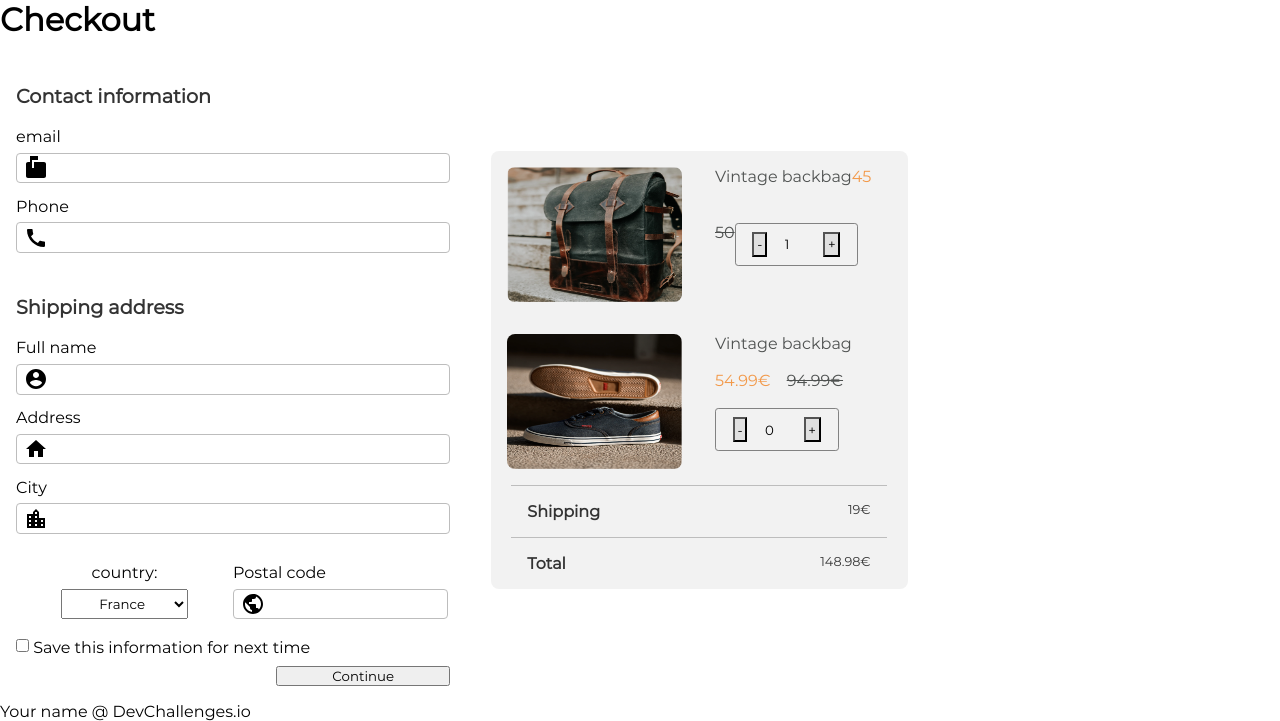
Repository: dubar-jeremy/checkout-page-master
Page: index.html
An editor plug-in stored every save of this project. The page is shown before and after the next save, followed by the edit.
The browser window is 1280 px wide. The pictures show the whole page.
The style sheet was rebuilt from its Sass, Less or Tailwind sources for each picture, by a compiler version that may differ from the author's.

Above is the page before, as saved 2021-02-06 00:11:02.

### index.html
<!doctype html>
<html lang="fr">
<head>
  <meta charset="UTF-8">
  <meta name="viewport"
        content="width=device-width, user-scalable=no, initial-scale=1.0, maximum-scale=1.0, minimum-scale=1.0">
  <meta http-equiv="X-UA-Compatible" content="ie=edge">
  <link rel="stylesheet" href="style/style.css">
  <link href="https://fonts.googleapis.com/icon?family=Material+Icons"
        rel="stylesheet">
  <title>Document</title>
  <script src="js/form.js" type="text/javascript"></script>
</head>
<body>

<main>
  <h1>Checkout</h1>
  <div class="grid-container">
    <form>
      <h2>Contact information</h2>
      <div>
      <label for="email">email</label>
      <input class="email" type="email" name="email" id="email">
      <span class="invalid valid" id="email">E-mail invalide</span>
      </div>

      <div>
      <label for="tel">Phone</label>
      <input class="tel" type="tel" name="tel" id="tel">
      <span class="invalid">Numéro inccorect</span>
      </div>

      <h2>Shipping address</h2>

      <div>
      <label for="name">Full name</label>
      <input class="name" type="text" name="name" id="name">
      <span class="invalid">Champ obligatoire</span>
      </div>

      <div>
      <label for="address">Address</label>
      <input class="address" type="text" name="address" id="address">
      <span class="invalid">Champ obligatoire</span>
      </div>

      <div>
      <label for="city">City</label>
      <input class="city" type="text" name="city" id="city">
      <span class="invalid">Champ obligatoire</span>
      </div>


      <div class="form-btn">
        <div class="select-country">
          <label for="country">country:</label>
          <select id="country">
            <option value="france">France</option>
            <option value="england">Angleterre</option>
            <option value="spain">Espagne</option>
          </select>
          <span class="invalid">Champ obligatoire</span>
        </div>
        <div class="input-postal-code">
          <label for="postalCode">Postal code</label>
          <input class="postal-code" type="text" name="postalCode" id="postalCode">
          <span class="invalid">Champ obligatoire</span>
        </div>
      </div>

      <div>
        <input type="checkbox">
        <label>Save this information for next time</label>
      </div>
      <button type="submit">Continue</button>
    </form>
    <div class="checkout-container">
      <div class="inner-block">
        <img src="img/photo1.png">
        <div class="details-article">
          <h2>Vintage backbag</h2>
          <span class="new-price">54.99€</span>
          <span class="old-price">94.99€</span>
          <div class="click">
            <button class="nbr-article minus btn">-</button>
            <input type="text" value="0" class="nbr-value quantity">
            <button class="nbr-article plus btn">+</button>
          </div>
        </div>
        <img src="img/photo2.png">
        <div class="details-article">
          <h2>Vintage backbag</h2>
          <span class="new-price">54.99€</span>
          <span class="old-price">94.99€</span>
          <div class="click">
            <button class="nbr-article plus btn">-</button>
            <input type="text" value="0" class="nbr-value">
            <button class="nbr-article minus btn">+</button>
          </div>
        </div>
      </div>
      <div class="price-part">
        <p>Shipping</p>
        <p>19€</p>
      </div>
      <div class="price-part">
        <p>Total</p>
        <p>148.98€</p>
      </div>
      <div>
      </div>
    </div>
</main>
<footer>
  <p>Your name @ DevChallenges.io</p>
</footer>
</body>
</html>

### js/form.js
window.onload = function () {
  const plus = document
    .querySelector(".plus")
    .addEventListener("click", increase);
  const minus = document
    .querySelector(".minus")
    .addEventListener("click", decrease);

  let i = 0;
  let initialPrice = 50;
  let priceAfterDiscount = increase();

  function increase() {
    // price * 10 / 100 = 10% reduce
    i++;

    let items = (document.querySelector(".nbr-value").value = i);
    let qty = parseInt(items);
    let newPrice = initialPrice * qty;
    let priceBeforeDiscount = newPrice;
    document.querySelector(".old-price").innerHTML = priceBeforeDiscount;
    newPrice -= (newPrice * 10) / 100;
    let priceAfterDiscount = newPrice;
    document.querySelector(".new-price").innerHTML = priceAfterDiscount;
    return priceAfterDiscount;
  }

  function decrease() {
    if (i >= 1) {
      i--;
      let items = (document.querySelector(".nbr-value").value = i);
      let qty = parseInt(items);
      let newPrice = initialPrice * qty;
      document.querySelector(".new-price").innerHTML = newPrice;
      let oldPrice = qty * priceAfterDiscount;
      document.querySelector(".old-price").innerHTML = oldPrice;
      console.log(oldPrice);
    }
  }
};

### style/style.scss
/*
Colors, fonts & reset
*/

$main-title: #4e5150;
$sub-title: #333333;
$btn-price: #f2994a;

$form-title: #4f4f4f;
$form-placeholder: #828282;

$background-nbr-article: #e0e0e0;

$background-price: #f2f2f2;

@font-face {
  font-family: "Montserrat";
  src: url("/fonts/Montserrat/Montserrat-Regular.ttf") format("truetype");
}

* {
  margin: 0;
  padding: 0;
  box-sizing: border-box;
  font-family: "Montserrat", sans-serif;
}

/*
  Main area
*/

.grid-container {
  display: grid;
  grid-template-columns: 1fr;
  margin: 1em;
  grid-gap: 2em;
  max-width: 900px;
  align-items: center;
  h1 {
    display: inline;
    grid-row: 1 / 2;
    color: $main-title;
    font-size: 1.5em;
    margin-bottom: 0.8em;
  }
}

form {
  display: flex;
  flex-direction: column;

  h2 {
    color: $sub-title;
    font-size: 1.2em;
    margin-top: 1.5em;
    margin-bottom: 1em;
  }

  input {
    width: 100%;
    margin-bottom: 1em;
    margin-top: 0.5em;
  }

  input[type="checkbox"] {
    width: inherit;
  }

  @mixin iconStyle {
    background-color: transparent;
    background-repeat: no-repeat;
    background-position: 0.5em center;
    padding-left: 2.5em;
    height: 2.3em;
    border: 0.09em solid #bdbdbd;
    border-radius: 0.3em;
  }

  .email {
    @include iconStyle;
    background-image: url("../icons/markunread_mailbox-24px.svg");
  }
  .tel {
    @include iconStyle;
    background-image: url("../icons/call-24px.svg");
  }
  .name {
    @include iconStyle;
    background-image: url("../icons/account_circle-24px.svg");
  }
  .address {
    @include iconStyle;
    background-image: url("../icons/home-24px.svg");
  }
  .city {
    @include iconStyle;
    background-image: url("../icons/location_city-24px.svg");
  }
  .postal-code {
    @include iconStyle;
    width: 99%;
    background-image: url("../icons/public-24px.svg");
  }

  .form-btn {
    width: 100%;
    display: flex;
    justify-content: space-between;
    margin-top: 1em;
    flex-wrap: wrap;
    align-items: center;

    .select-country {
      flex-basis: 50%;
      display: flex;
      flex-wrap: wrap;
      justify-content: center;

      label {
        width: 100%;
        text-align: center;
      }

      select {
        height: 2.3em;
        padding-left: 2.5em;
        margin-bottom: 1em;
        margin-top: 0.5em;
      }
    }

    .input-postal-code {
      flex-basis: 50%;
    }
  }

  button {
    width: 40%;
    align-self: end;
  }
}

.checkout-container {
  grid-row: 2 / 3;
  background: $background-price;
  border-radius: 0.5em;
}

.inner-block {
  display: grid;
  grid-template-columns: 1fr 1fr;
  grid-gap: 2em;
  max-width: 385px;
  max-height: 535px;
  margin: 1em;

  h2 {
    color: $main-title;
    display: inline;
    font-size: 1em;
    font-weight: normal;
  }

  img {
    width: 100%;
    max-width: 175px;
    max-height: 135px;
    border-radius: 0.5em;
  }

  .details-article {
    display: flex;
    flex-wrap: wrap;

    .new-price {
      color: $btn-price;
      margin-right: 1em;
    }

    .old-price {
      color: $main-title;
      text-decoration: line-through;
    }

    .click {
      display: flex;
      justify-content: space-around;
      width: 70%;
      height: min-content;
      background: transparent;
      border: 0.1em solid $form-placeholder;
      border-radius: 0.2em;
      padding: 0.5em;

      input {
        background: transparent;
        width: 20%;
        border: none;
      }

      .nbr-article {
        background: $background-nbr-article;
        padding: 0.2em;
      }
    }
  }
}

.price-part {
  display: flex;
  justify-content: space-between;
  width: 90%;
  margin: 0 auto;
  padding: 1em;
  border-top: 1px solid #bdbdbd;
  color: #333333;

  p:nth-child(1) {
    color: $sub-title;
    font-weight: bold;
  }

  p:nth-child(2) {
    font-size: 0.8em;
  }
}

.invalid {
  display: none;
  color: red;
}

.valid {
  color: green;
}

@media screen AND (min-width: 900px) {
  .grid-container {
    grid-template-columns: 1fr 1fr;
    justify-items: start;
  }

  .checkout-container {
    grid-row: 1 / 2;
    grid-column: 2 / 3;
    margin: 0 auto;
  }
  .form {
    grid-row: 1 / 2;
    grid-column: 1 / 2;
  }
}

After the next save:
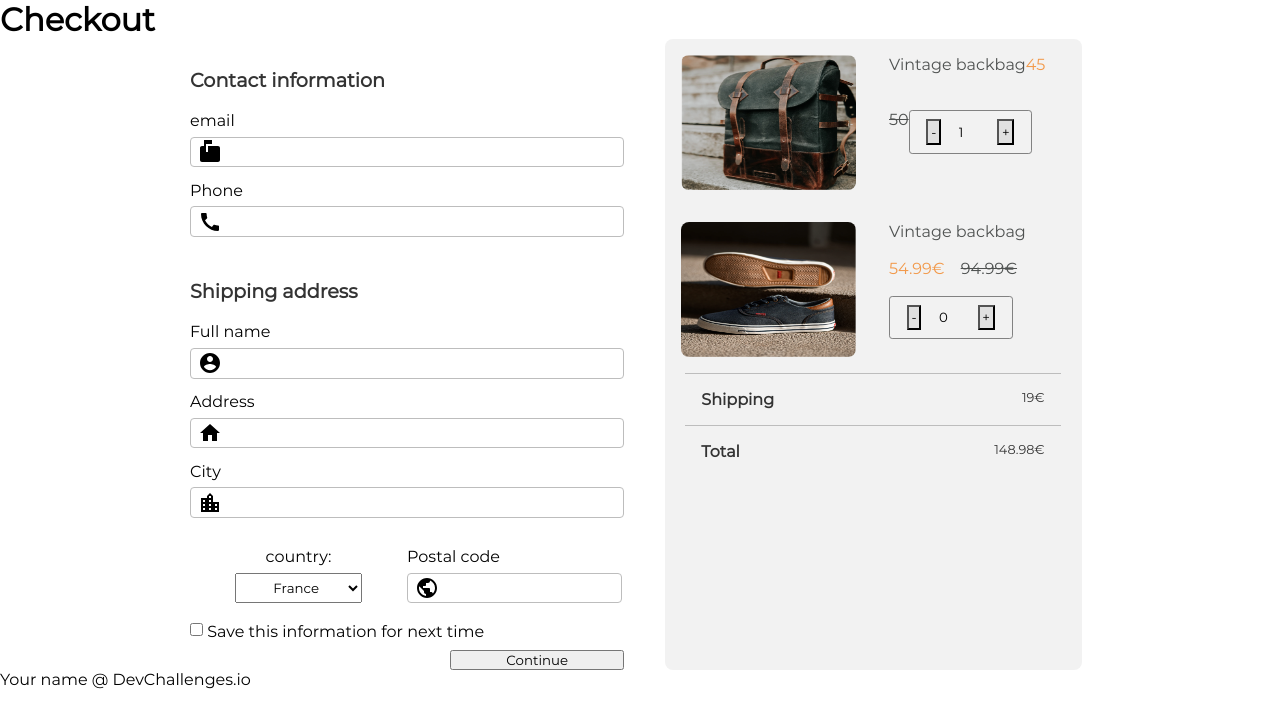
Saved 16 s later.
--- a/style/style.scss
+++ b/style/style.scss
@@ -35,7 +35,8 @@ $background-price: #f2f2f2;
   margin: 1em;
   grid-gap: 2em;
   max-width: 900px;
-  align-items: center;
+  margin: 0 auto;
+
   h1 {
     display: inline;
     grid-row: 1 / 2;
